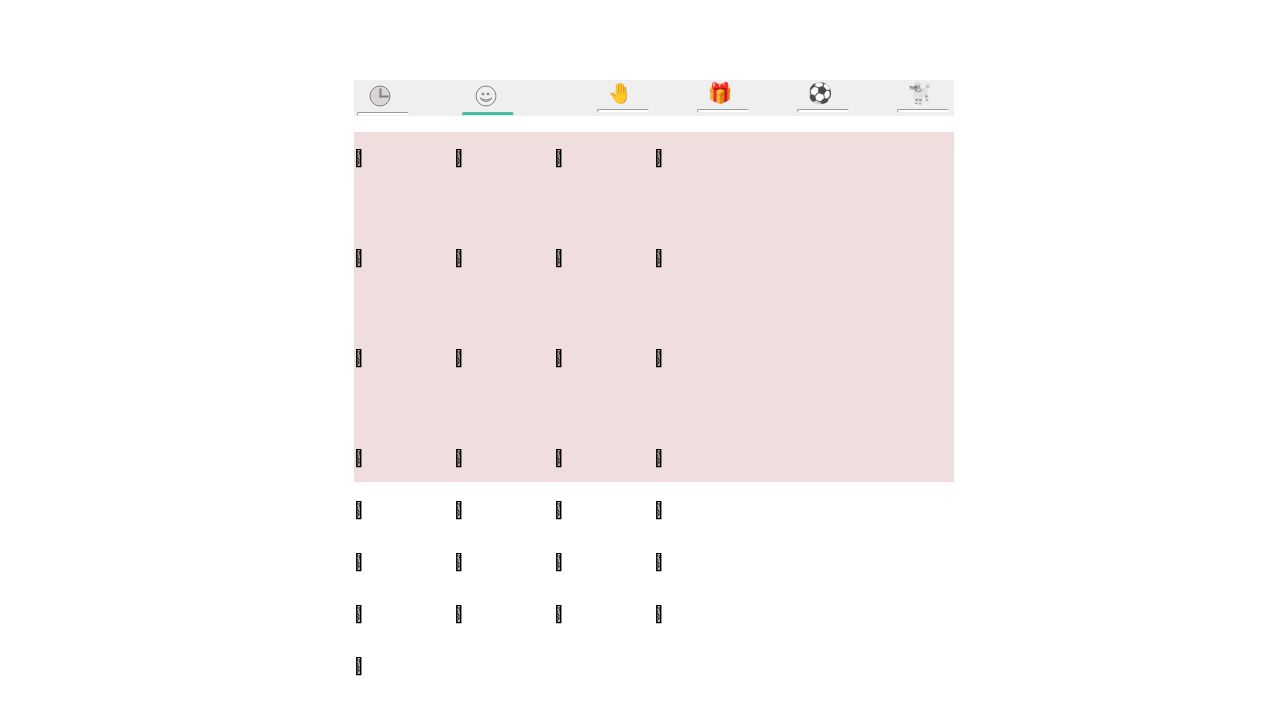
Repository: Gaj123-coder/emoji-search-app
Page: /
The author's editor kept a copy of each file at every save. The page is drawn from the files as they stood at one save, then again after the next save.
The browser window is 1280 px wide. The pictures show the whole page.
The project was rebuilt for these pictures with package versions that can differ from the ones it lists, and the page was loaded fresh each time.

Above is the page before, as saved 2021-10-31 12:26:51.

After the next save:
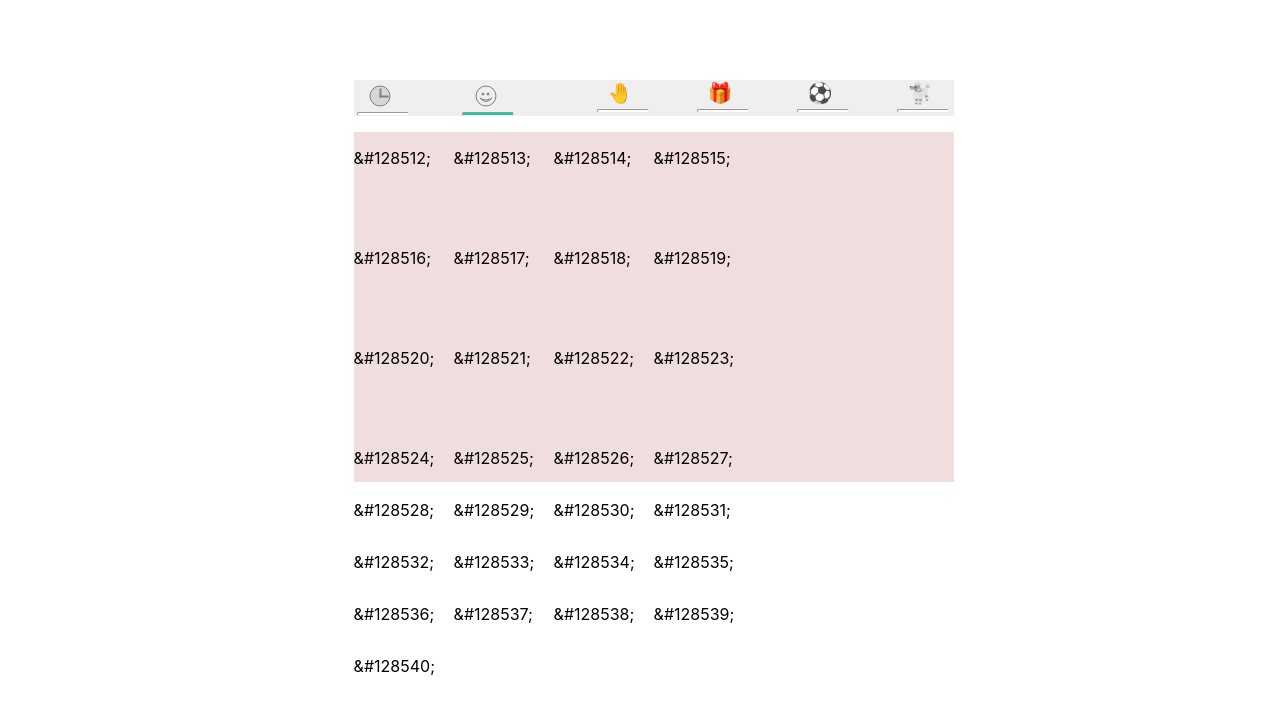
Saved 9 s later.
--- a/src/Components/Result/result.js
+++ b/src/Components/Result/result.js
@@ -13,7 +13,7 @@ const Res=(props)=>{
     return (
         <div className={Em["emoji"]}>
             {data.map((val)=>{return <div>
-                    <p>&#123357;</p>
+                    <p>&#{val};</p>
                 </div>
             })}
         </div>
